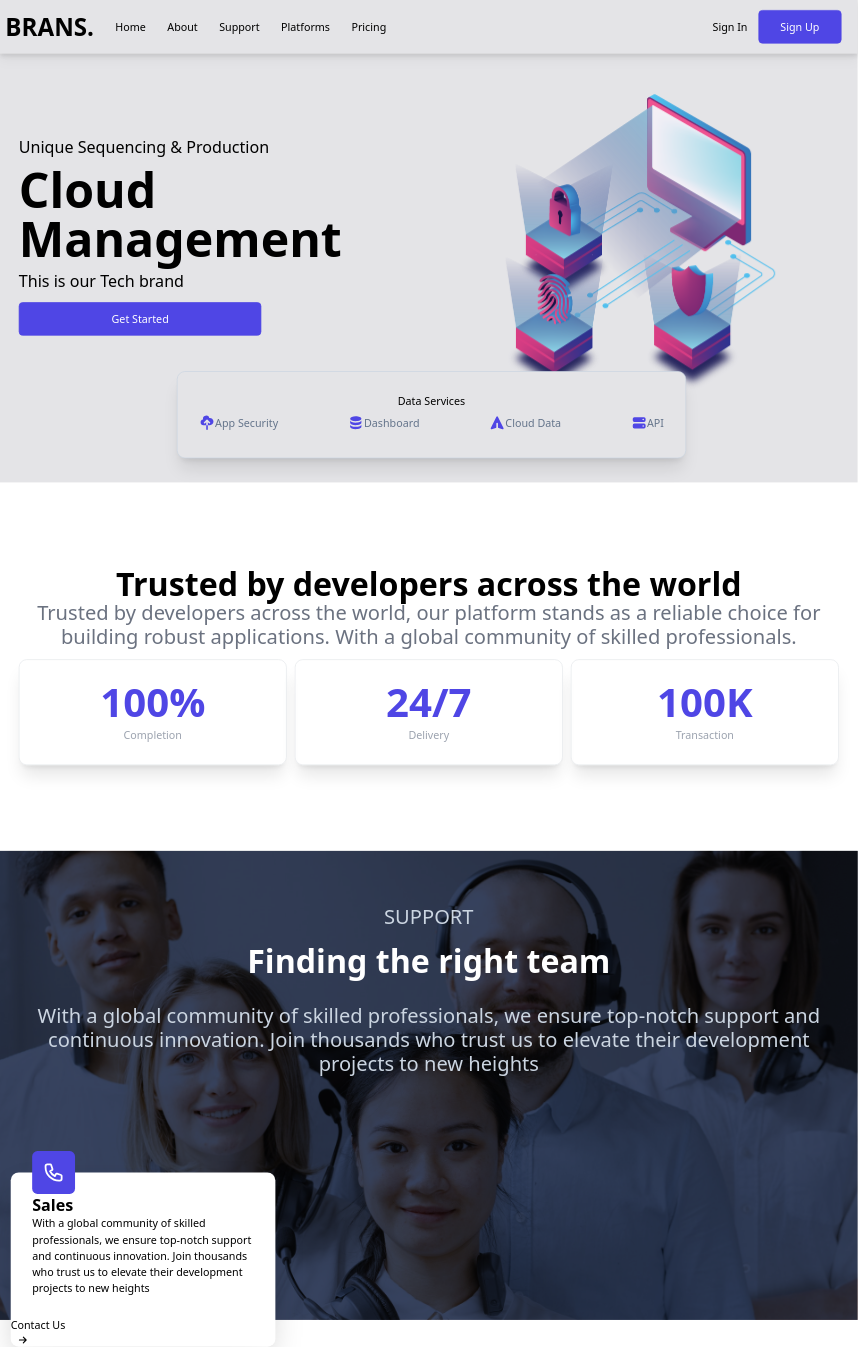
Repository: adrcstro/react-project-2
Page: /
The author's editor kept a copy of each file at every save. The page is drawn from the files as they stood at one save, then again after the next save.
The browser window is 1280 px wide. The pictures show the whole page, at 67% of full size.
The project was rebuilt for these pictures with package versions that can differ from the ones it lists, and the page was loaded fresh each time.

Above is the page before, as saved 2024-08-15 20:39:15.

After the next save:
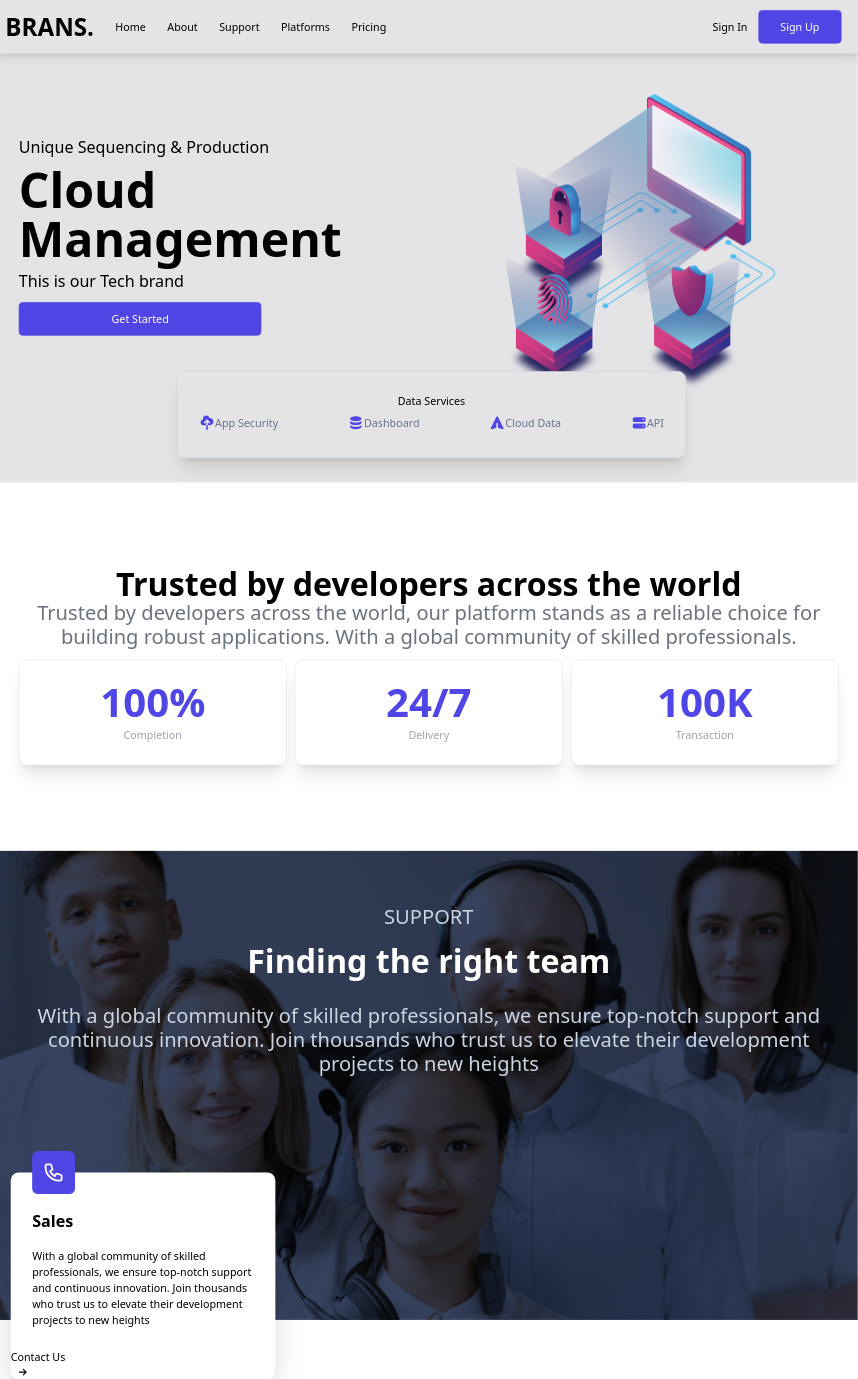
Saved 6 s later.
--- a/src/components/Support.jsx
+++ b/src/components/Support.jsx
@@ -22,7 +22,7 @@ function Support() {
             <div className='bg-white rounded-xl shadow-2xl'>
                  <div className='p-8'>
                     <PhoneIcon className='w-16 p-4 bg-indigo-600 text-white rounded-lg mt-[-4rem]'/>
-                    <h3 className='font-bold text-2xl'>Sales</h3>
+                    <h3 className='font-bold text-2xl my-6'>Sales</h3>
                     <p>With a global community of skilled professionals, we ensure top-notch support and continuous innovation. Join thousands who trust us to elevate their development projects to new heights</p>
                  </div>
                  <div>
